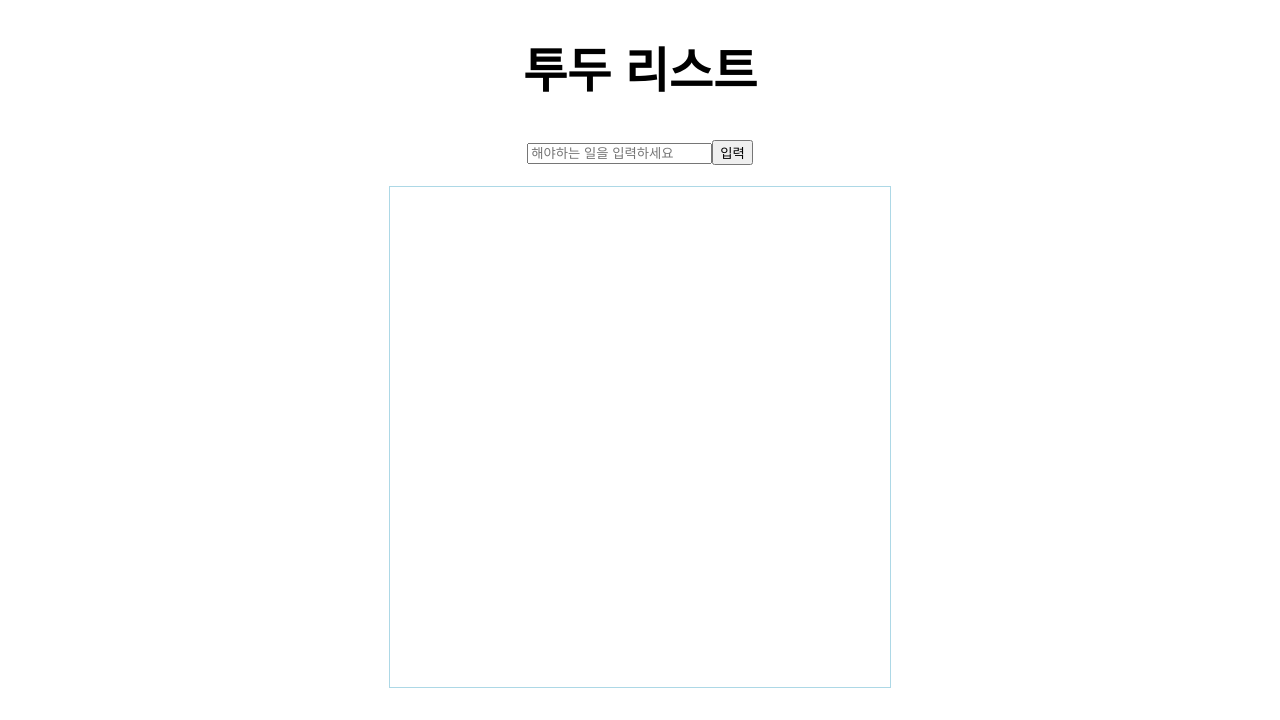
Repository: jun01270/Todo-List_React
Page: /
These files come from the project's save history. The page is drawn as it stood at one moment and after the next save; the edit follows.
The browser window is 1280 px wide. The pictures show the whole page.
The project was rebuilt for these pictures with package versions that can differ from the ones it lists, and the page was loaded fresh each time.

Above is the page before, as saved 2023-01-02 16:18:58.

### public/index.html
<!DOCTYPE html>
<html lang="en">
  <head>
    <meta charset="utf-8" />
    <link rel="preconnect" href="https://fonts.googleapis.com" />
    <link rel="preconnect" href="https://fonts.gstatic.com" crossorigin />
    <link
      href="https://fonts.googleapis.com/css2?family=Nanum+Pen+Script&display=swap"
      rel="stylesheet"
    />
    <meta name="viewport" content="width=device-width, initial-scale=1" />
    <meta name="theme-color" content="#000000" />
    <meta
      name="description"
      content="Web site created using create-react-app"
    />
    <link rel="apple-touch-icon" href="%PUBLIC_URL%/logo192.png" />
    <!--
      manifest.json provides metadata used when your web app is installed on a
      user's mobile device or desktop. See https://developers.google.com/web/fundamentals/web-app-manifest/
    -->
    <link rel="manifest" href="%PUBLIC_URL%/manifest.json" />
    <!--
      Notice the use of %PUBLIC_URL% in the tags above.
      It will be replaced with the URL of the `public` folder during the build.
      Only files inside the `public` folder can be referenced from the HTML.

      Unlike "/favicon.ico" or "favicon.ico", "%PUBLIC_URL%/favicon.ico" will
      work correctly both with client-side routing and a non-root public URL.
      Learn how to configure a non-root public URL by running `npm run build`.
    -->
    <title>React App</title>
  </head>
  <body>
    <noscript>You need to enable JavaScript to run this app.</noscript>
    <div id="root"></div>
    <!--
      This HTML file is a template.
      If you open it directly in the browser, you will see an empty page.

      You can add webfonts, meta tags, or analytics to this file.
      The build step will place the bundled scripts into the <body> tag.

      To begin the development, run `npm start` or `yarn start`.
      To create a production bundle, use `npm run build` or `yarn build`.
    -->
  </body>
</html>

### src/App.js
import "./App.css";
import Todo from "./todo";

function App() {
  return (
    <div className="todo">
      <Todo />
    </div>
  );
}

export default App;

### src/App.css
.todo {
  font-family: "Nanum Pen Script", cursive;
  font-size: x-large;
  display: flex;
  justify-content: center;
  text-align: center;
}

.todo-Form {
}

.todo-title {
}

.todo-items {
  margin-top: 20px;
  width: 500px;
  height: 500px;
  border: 1px solid lightblue;
}

### src/todo.js
import { useState } from "react";
import "./App.css";

function Todo() {
  const handleEvent = (event) => {
    setInputValue(event.target.value);
  };

  const [inputValue, setInputValue] = useState("");
  const [todoList, setTodoList] = useState([]);

  const addTodo = () => {
    setTodoList([...todoList, inputValue]);
    console.log({ todoList });
  };

  return (
    <div id="todo">
      <h1 className="todo-title">투두 리스트</h1>
      <div className="todo-form">
        <div className="todo-input">
          <input
            type="text"
            placeholder="해야하는 일을 입력하세요"
            onChange={handleEvent}
            value={inputValue}
          ></input>
          <button onClick={addTodo}>입력</button>
        </div>
        <div className="todo-items">
          <span className="todo">{todoList}</span>
        </div>
      </div>
    </div>
  );
}

export default Todo;

Loaded but not shown: src/index.js (common file); src/index.css (common file); src/reportWebVitals.js (common file)

After the next save:
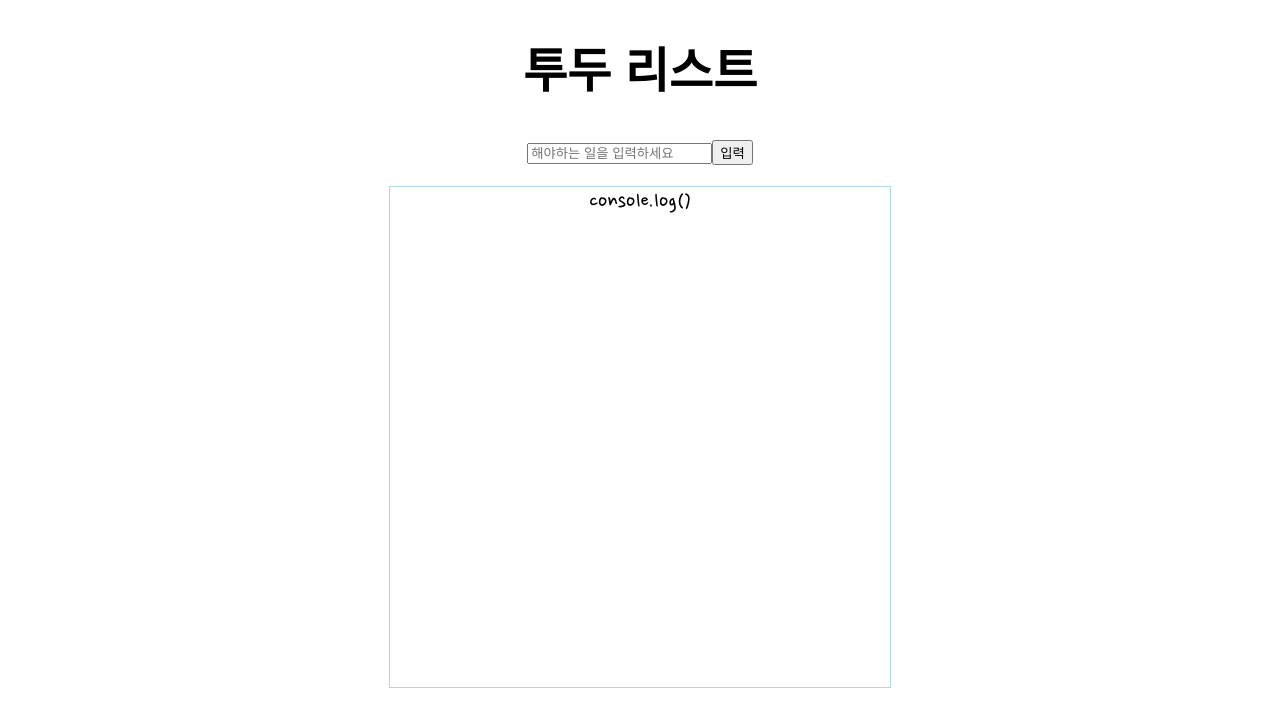
Saved 104 s later.
--- a/src/todo.js
+++ b/src/todo.js
@@ -29,6 +29,7 @@
         </div>
         <div className="todo-items">
           <span className="todo">{todoList}</span>
+          console.log({inputValue})
         </div>
       </div>
     </div>

After the save that followed:
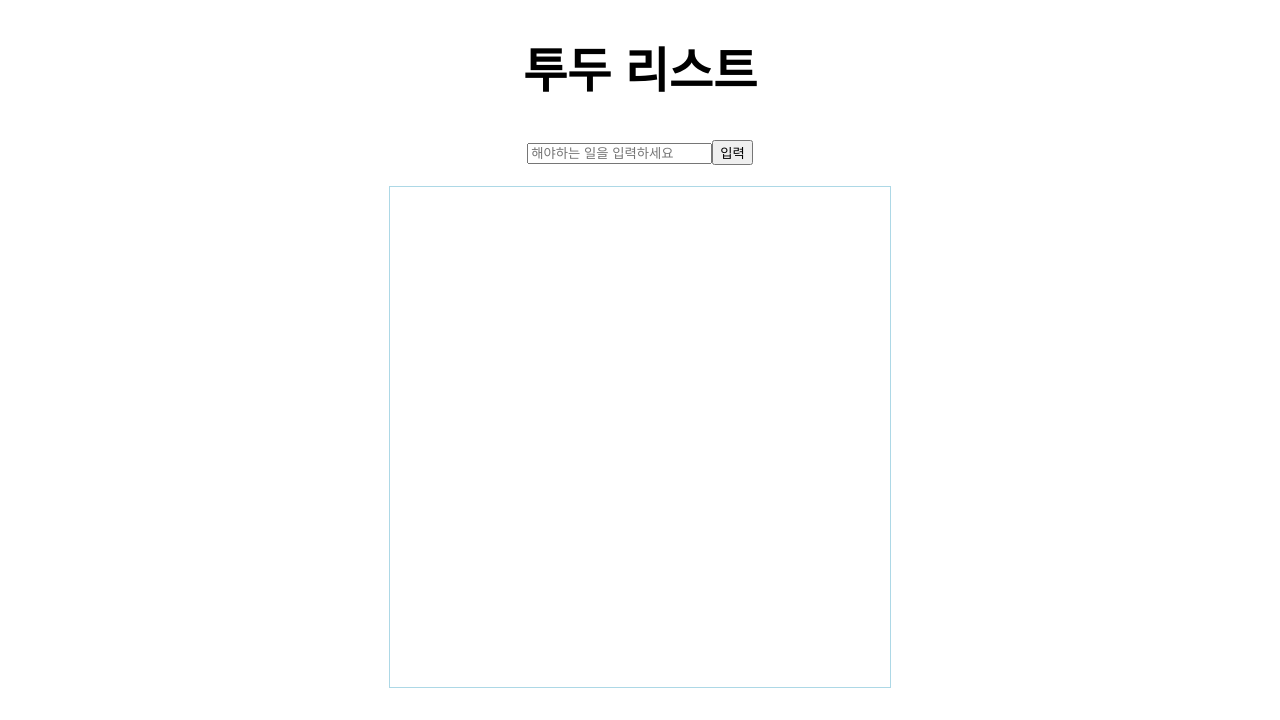
Saved 8 s later.
--- a/src/todo.js
+++ b/src/todo.js
@@ -4,6 +4,7 @@
 function Todo() {
   const handleEvent = (event) => {
     setInputValue(event.target.value);
+    console.log({ inputValue });
   };
 
   const [inputValue, setInputValue] = useState("");
@@ -29,7 +30,6 @@
         </div>
         <div className="todo-items">
           <span className="todo">{todoList}</span>
-          console.log({inputValue})
         </div>
       </div>
     </div>
